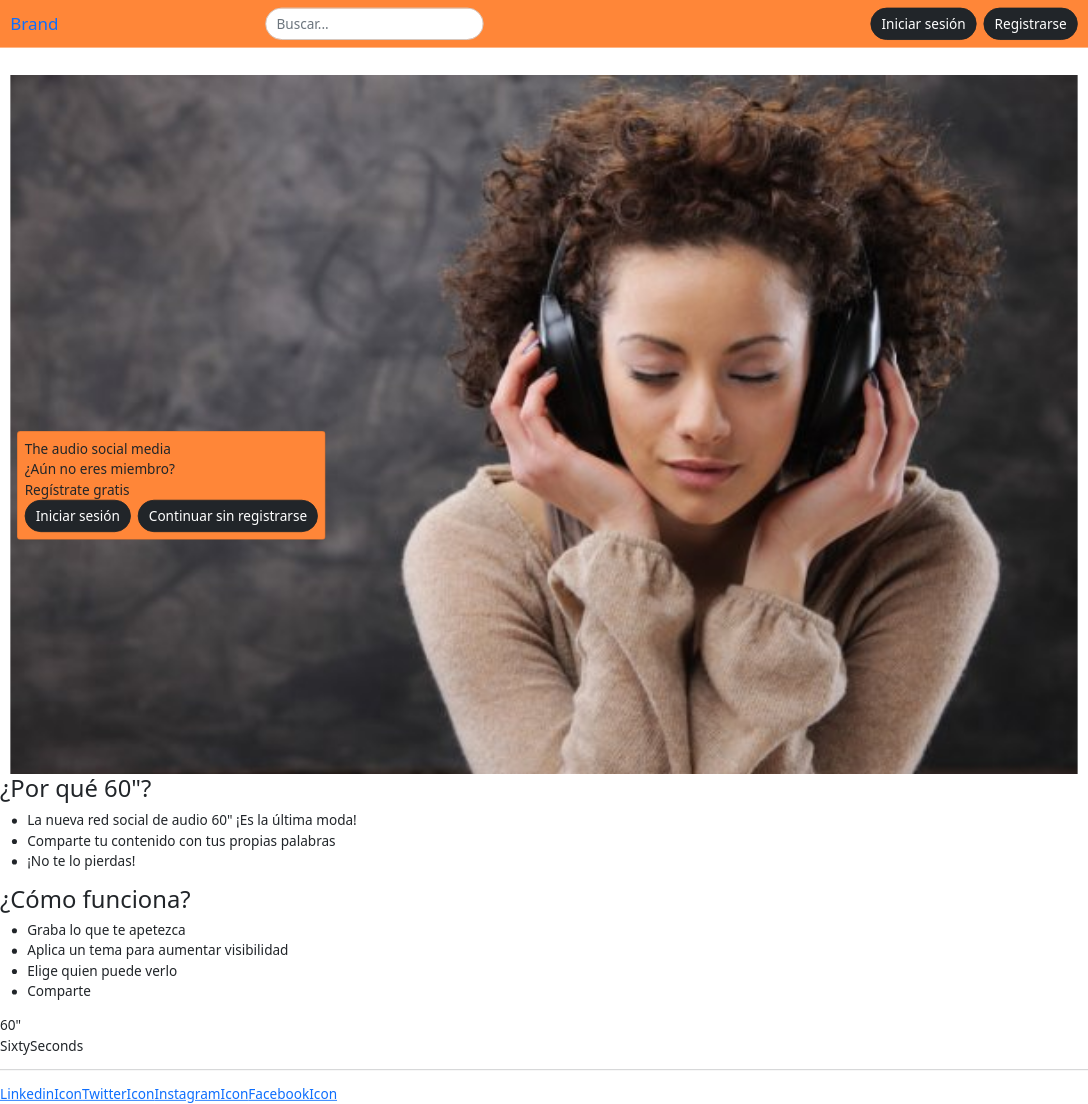
Repository: Zapulin/react-sixtySeconds-front
Page: /
The author's editor kept a copy of each file at every save. The page is drawn from the files as they stood at one save, then again after the next save.
The browser window is 1280 px wide. The pictures show the whole page, at 85% of full size.
The project was rebuilt for these pictures with package versions that can differ from the ones it lists, and the page was loaded fresh each time. Also part of the build but not shown: src/Components/Login.js, src/Components/Signup.js, src/Components/Publish.js, src/Components/Activity.js, src/Components/Navbar.js, src/Components/Categories.js, src/Components/IconProfile.js, src/Components/Recorder.js and 10 more. Imported but missing from the stored project, and not drawn on this page: src/Samples/AUDIOMP3.mp3, src/Samples/AUDIOOGG.ogg.

Above is the page before, as saved 2022-04-13 15:21:26.

After the next save:
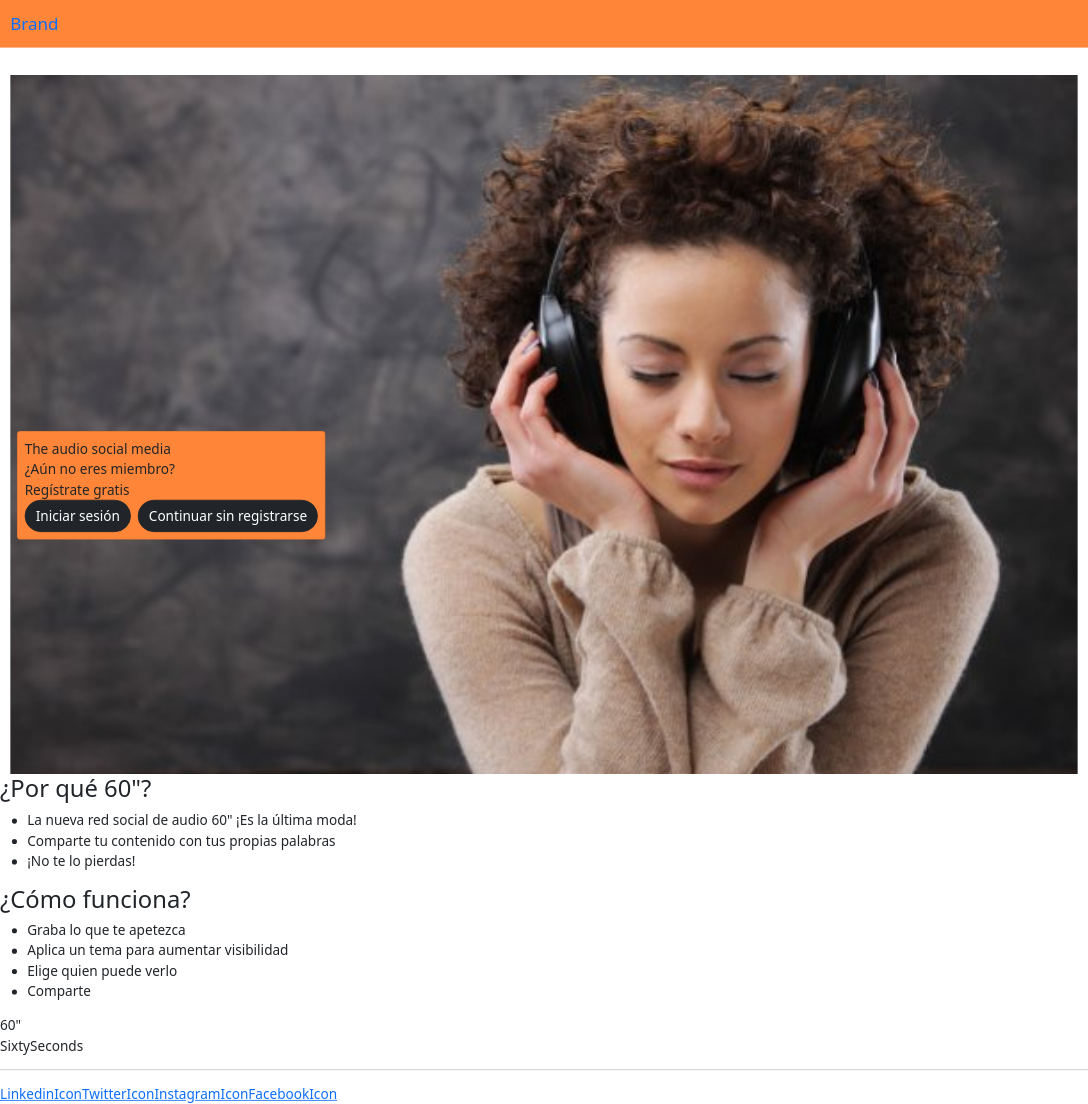
Saved 10 s later.
--- a/src/Components/NavbarHome.js
+++ b/src/Components/NavbarHome.js
@@ -4,7 +4,7 @@ function NavbarHome() {
 
 	return (
     <>
-    <nav className="navbar navbar-expand-lg">
+    <nav className="navbar">
       <div className="container-fluid">
           {/* Logo - por ahora es un link  */}
         <a href="#" className="navbar-brand">
